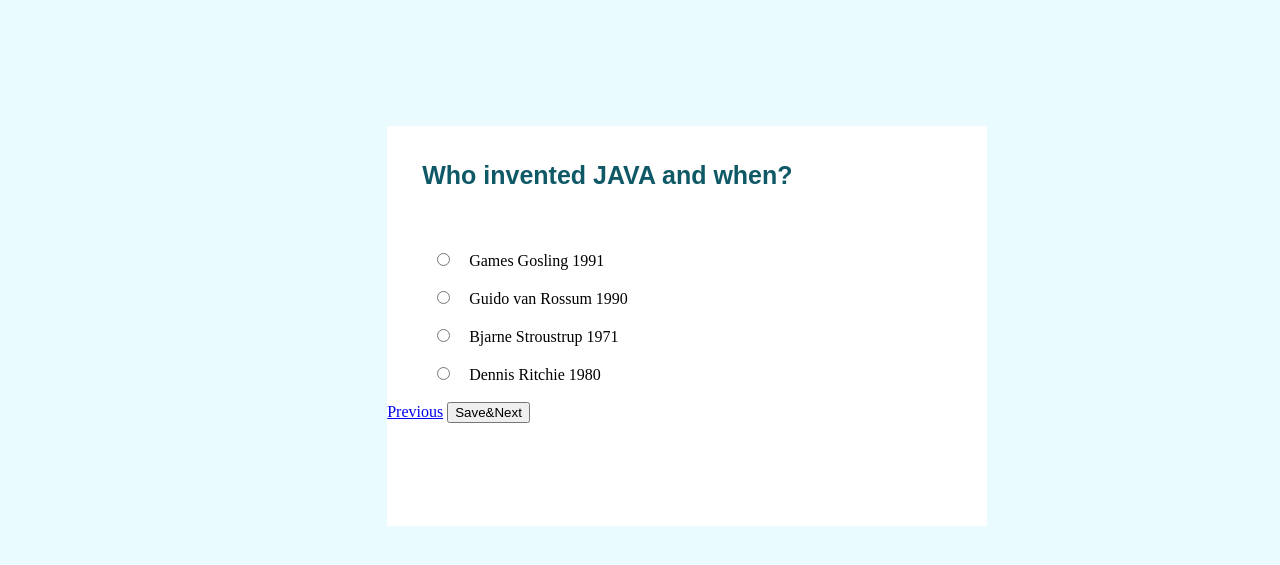
Repository: Rupali-8062Chourasiya5279/Internship_Task_Rupali
Page: Programming Language/quiz/QuizApp/src/main/webapp/Second.html
The author's editor kept a copy of each file at every save. The page is drawn from the files as they stood at one save, then again after the next save.
The browser window is 1280 px wide. The pictures show the whole page.

Above is the page before, as saved 2025-01-24 13:58:48.

After the next save:
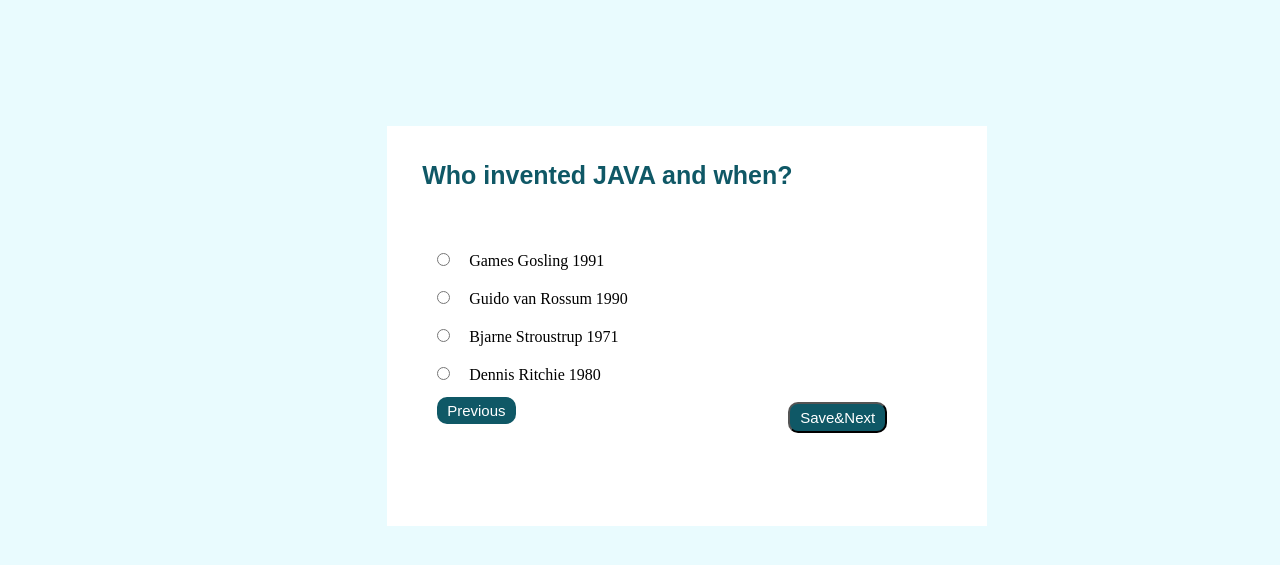
Saved 3 s later.
--- a/Programming Language/quiz/QuizApp/src/main/webapp/Second.html
+++ b/Programming Language/quiz/QuizApp/src/main/webapp/Second.html
@@ -65,8 +65,8 @@ margin-top: 10%;
 	<input  class="c1" type="radio" name="q2" value="Guido van Rossum">&emsp;Guido van Rossum 1990</input><br><br>
 	<input  class="c1" type="radio" name="q2" value="Bjarne Stroustrup">&emsp;Bjarne Stroustrup 1971</input><br><br>
 	<input  class="c1" type="radio" name="q2" value="Dennis Ritchie">&emsp;Dennis Ritchie 1980</input><br><br>
-	<a href="First.html">Previous</a>
-	<input type="submit" value="Save&Next">
+	<a  id = "a" href="First.html">Previous</a>
+	<input  id = "sub" type="submit" value="Save&Next">
 	</div>
 	</form>
 </body>
